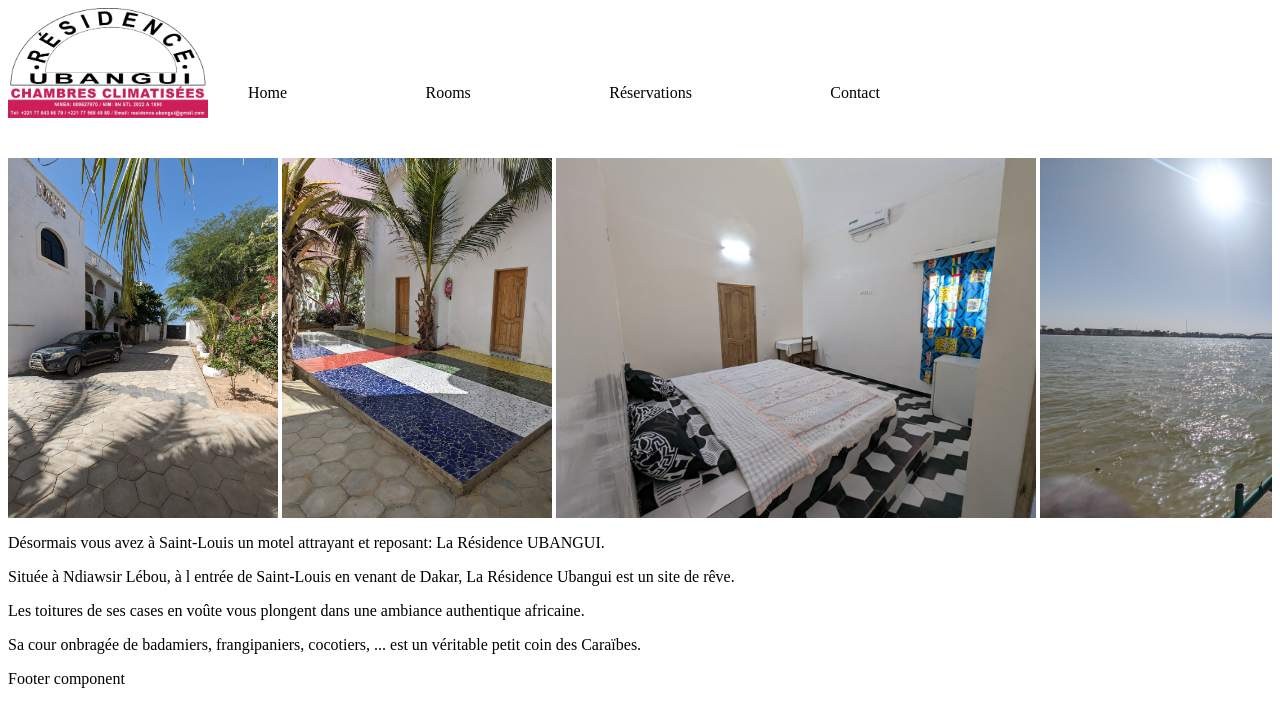
Repository: Nedjim/ubangui
Page: /
These files come from the project's save history. The page is drawn as it stood at one moment and after the next save; the edit follows.
The browser window is 1280 px wide. The pictures show the whole page.
The project was rebuilt for these pictures with package versions that can differ from the ones it lists, and the page was loaded fresh each time. The framework's server and built-in components were replaced by stand-ins that run in the browser. Also part of the build but not shown: nuxt.config.ts, components/PageTitle.vue, components/Test.vue.

Above is the page before, as saved 2024-01-11 19:56:37.

### components/Carousel.vue
<template>
     <div class="carousel">
      <img src="~/assets/img/home-1.jpg" alt="home-1" />
      <img src="~/assets/img/home-2.jpg" alt="home-2" />
      <img src="~/assets/img/room-1.jpg" alt="room-1" />
      <img src="~/assets/img/landscape.jpg" alt="landscape" />
    </div>
</template>


<style scoped lang="scss">
.carousel {
  display: flex;
  overflow: hidden;
  height: 50vh;
  gap: 4px;
}
</style>

### components/Footer.vue
<template>
  <div>Footer component</div>
</template>

### components/Header.vue
<template>
  <header class="test">
    <nav>
      <img class="logo" src="~/assets/img/logo.jpg" alt="logo-ubangui" />
      <ul>
        <li><NuxtLink to="/home">Home</NuxtLink></li>
        <li><NuxtLink to="/rooms">Rooms</NuxtLink></li>
        <li><NuxtLink to="/reservations">Réservations</NuxtLink></li>
        <li><NuxtLink to="/contact">Contact</NuxtLink></li>
      </ul>
    </nav>
  </header>
</template>

<style scoped lang="scss">
.logo {
  width: 200px;
}

nav {
  display: flex;
  margin-bottom: 40px;
  ul {
    width: 50%;
    display: flex;
    justify-content: space-between;
    align-items: flex-end;
    li {
      list-style-type: none;
      a {
        text-decoration: none;
        color: black;
      }
    }
  }
}
</style>

### app.vue
<script setup lang="ts">
useHead({
  title: "Ubangui",
  meta: [{ name: "Residence Ubangui", content: "Sénégal" }],
  bodyAttrs: {
    class: "test",
  },
  script: [{ innerHTML: "console.log('Hello world')" }],
});
</script>
<template>
  <div>
    <Header />
    <NuxtPage />
    <Footer />
  </div>
</template>

### pages/index.vue
<script setup lang="ts">
const introduction =
  "Désormais vous avez à Saint-Louis un motel attrayant et reposant: La Résidence UBANGUI.";
const paragraph1 =
  "Située à Ndiawsir Lébou, à l entrée de Saint-Louis en venant de Dakar, La Résidence Ubangui est un site de rêve.";
const paragraph2 =
  "Les toitures de ses cases en voûte vous plongent dans une ambiance authentique africaine.";
const paragraph3 =
  "Sa cour onbragée de badamiers, frangipaniers, cocotiers, ... est un véritable petit coin des Caraïbes.";
</script>

<template>
  <div>
    <Carousel />
    <div>
      <p>{{ introduction }}</p>
      <p>{{ paragraph1 }}</p>
      <p>{{ paragraph2 }}</p>
      <p>{{ paragraph3 }}</p>
    </div>
  </div>
</template>

After the next save:
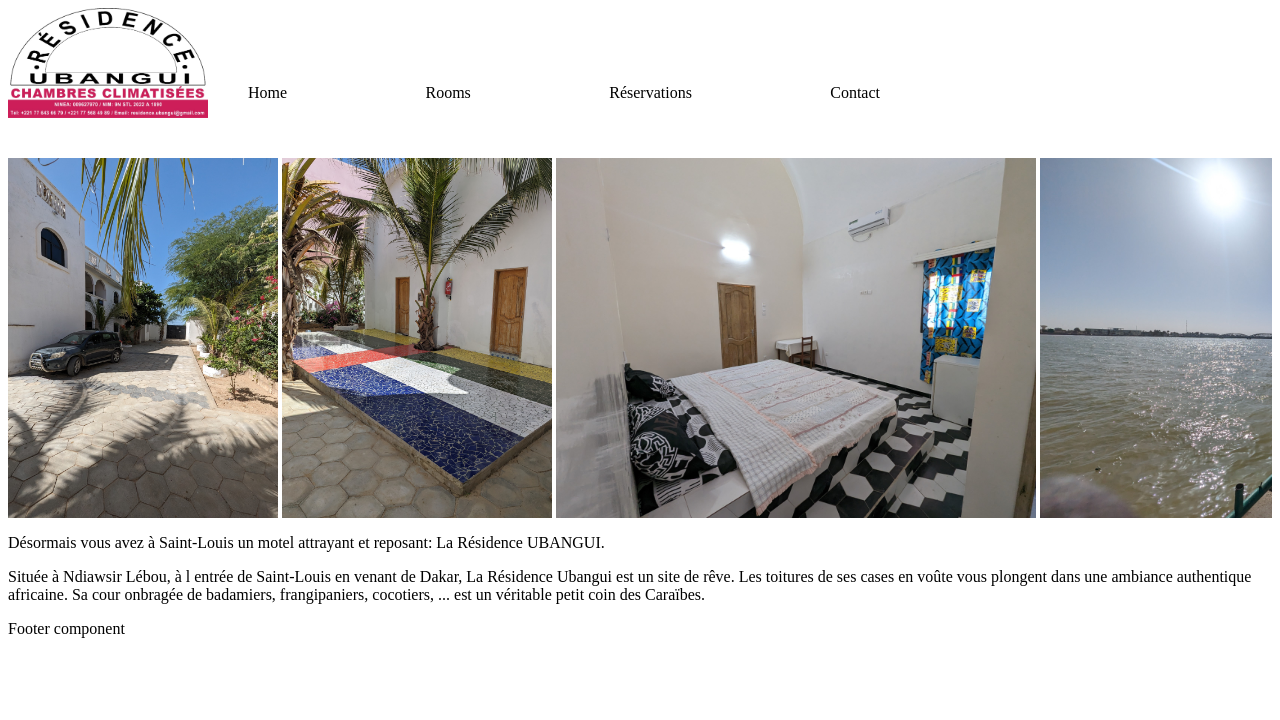
Saved 44 s later.
--- a/pages/index.vue
+++ b/pages/index.vue
@@ -2,11 +2,8 @@
 const introduction =
   "Désormais vous avez à Saint-Louis un motel attrayant et reposant: La Résidence UBANGUI.";
 const paragraph1 =
-  "Située à Ndiawsir Lébou, à l entrée de Saint-Louis en venant de Dakar, La Résidence Ubangui est un site de rêve.";
-const paragraph2 =
-  "Les toitures de ses cases en voûte vous plongent dans une ambiance authentique africaine.";
-const paragraph3 =
-  "Sa cour onbragée de badamiers, frangipaniers, cocotiers, ... est un véritable petit coin des Caraïbes.";
+  "Située à Ndiawsir Lébou, à l entrée de Saint-Louis en venant de Dakar, La Résidence Ubangui est un site de rêve. Les toitures de ses cases en voûte vous plongent dans une ambiance authentique africaine. Sa cour onbragée de badamiers, frangipaniers, cocotiers, ... est un véritable petit coin des Caraïbes.";
+
 </script>
 
 <template>
@@ -15,8 +12,6 @@
     <div>
       <p>{{ introduction }}</p>
       <p>{{ paragraph1 }}</p>
-      <p>{{ paragraph2 }}</p>
-      <p>{{ paragraph3 }}</p>
     </div>
   </div>
 </template>
